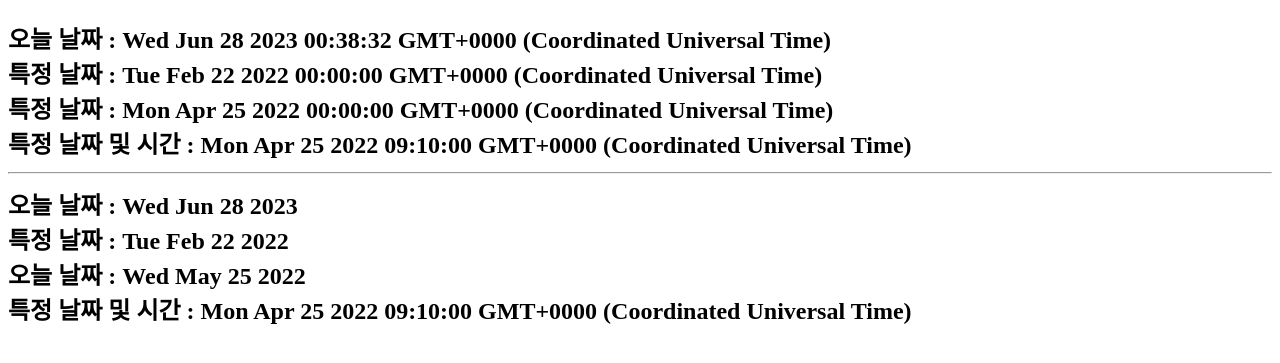
Repository: wjsjsn/23_webstudy
Page: 03_javascript/src/main/webapp/day03/Ex02_date.html
The author's editor kept a copy of each file at every save. The page is drawn from the files as they stood at one save, then again after the next save.
The browser window is 1280 px wide. The pictures show the whole page.

Above is the page before, as saved 2023-06-29 02:05:08.

### 03_javascript/src/main/webapp/day03/Ex02_date.html
<!DOCTYPE html>
<html>
<head>
<meta charset="UTF-8">
<title>Date 객체 : 내장 객체</title>
<script type="text/javascript">
	document.write("<h2>")
	document.write("오늘 날짜 : " + new Date() + "<br>")
	document.write("특정 날짜 : " + new Date("2022-02-22") + "<br>")

	// 월을 -1을 해야함(0 ~ 11)
	document.write("특정 날짜 : " + new Date(2022, 04 - 1, 25) + "<br>")
	document.write("특정 날짜 및 시간 : " + new Date(2022, 04 - 1, 25, 09, 10) + "<br>")
	document.write("<hr>")

		document.write("오늘 날짜 : " + new Date().toDateString() + "<br>")
	document.write("특정 날짜 : " + new Date("2022-02-22").toDateString() + "<br>")
		document.write("오늘 날짜 : " + new Date(2022, 04, 25).toDateString() + "<br>")
	document.write("특정 날짜 및 시간 : " + new Date(2022, 04 - 1, 25, 09, 10) + "<br>")
	document.write("</h2>")
</script>
</head>
<body>

</body>
</html>

After the next save:
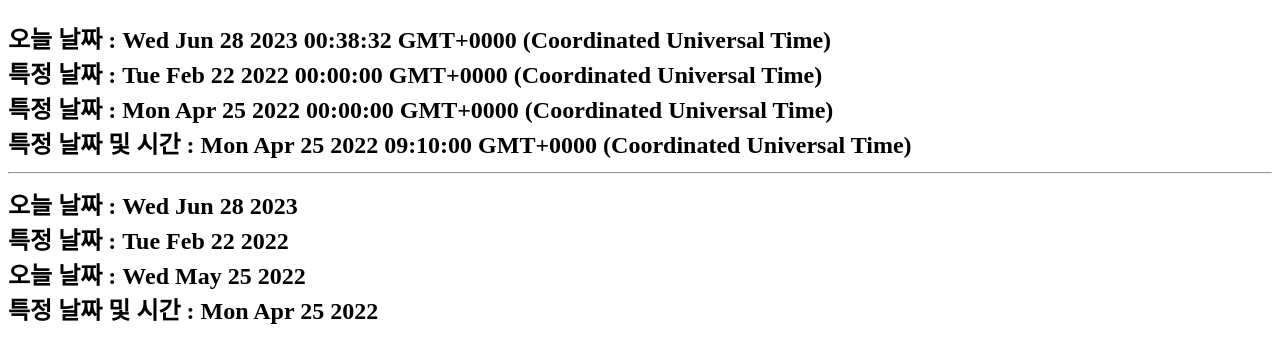
Saved 7 s later.
--- a/03_javascript/src/main/webapp/day03/Ex02_date.html
+++ b/03_javascript/src/main/webapp/day03/Ex02_date.html
@@ -16,7 +16,7 @@
 		document.write("오늘 날짜 : " + new Date().toDateString() + "<br>")
 	document.write("특정 날짜 : " + new Date("2022-02-22").toDateString() + "<br>")
 		document.write("오늘 날짜 : " + new Date(2022, 04, 25).toDateString() + "<br>")
-	document.write("특정 날짜 및 시간 : " + new Date(2022, 04 - 1, 25, 09, 10) + "<br>")
+	document.write("특정 날짜 및 시간 : " + new Date(2022, 04 - 1, 25, 09, 10).toDateString() + "<br>")
 	document.write("</h2>")
 </script>
 </head>
